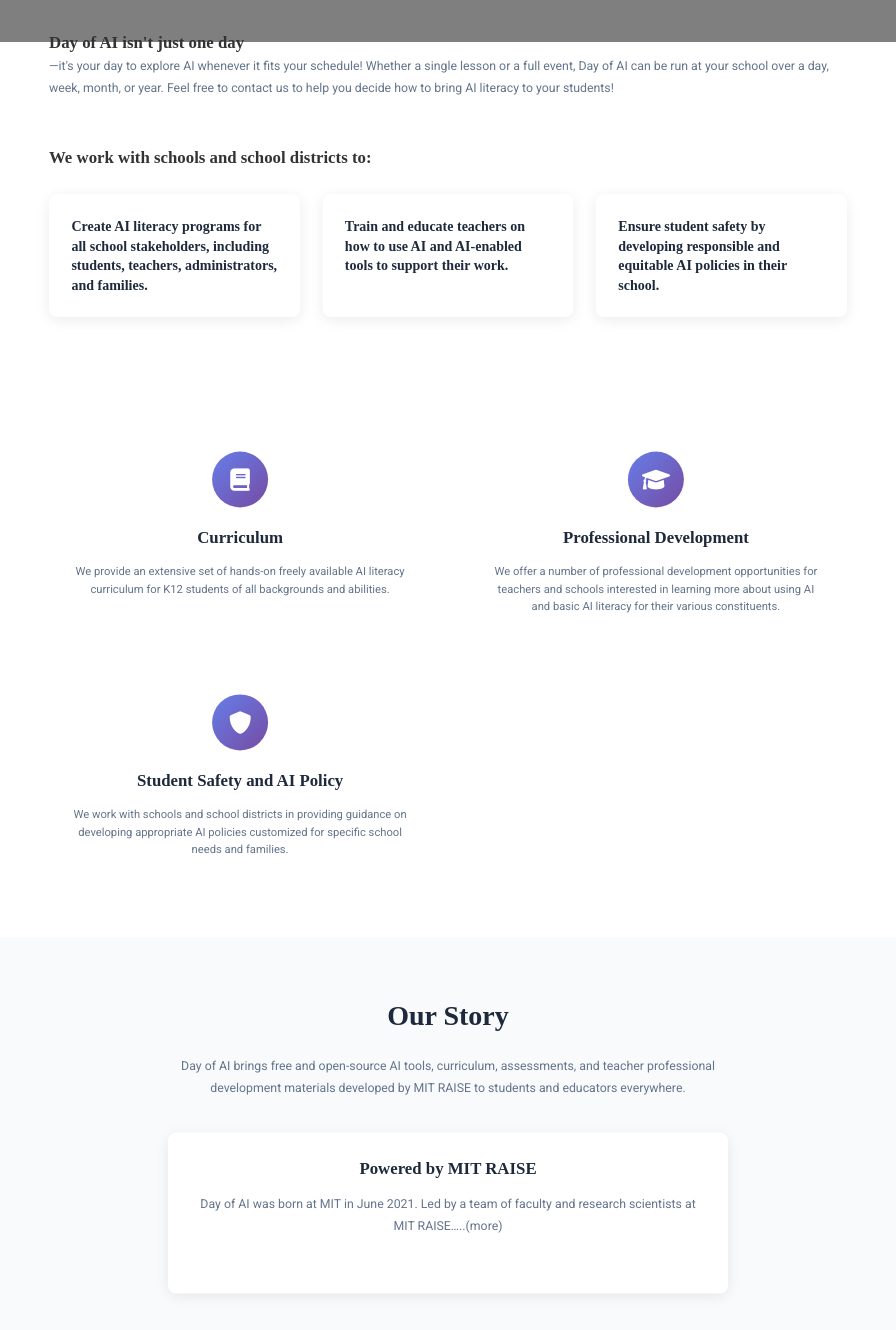
Repository: dinhtri123/dayofai
Page: index.html
The author's editor kept a copy of each file at every save. The page is drawn from the files as they stood at one save, then again after the next save.
The browser window is 1280 px wide. The pictures show the part of the page from y = 660 to 2560 px (the page is 3667 px tall before and 3712 px after), at 70% of full size.
A picture or video elsewhere on the page could not be fetched, so the positions and the page height are approximate. Some web fonts or font styles are not loaded; a fallback is used.

Above is the page before, as saved 2025-06-29 08:42:35.

### index.html
<!DOCTYPE html>
<html lang="en">

<head>
  <meta charset="UTF-8">
  <meta name="viewport" content="width=device-width, initial-scale=1.0">
  <title>Day of AI - AI is for everyone</title>
  <link rel="stylesheet" href="styles.css">
  <link rel="preconnect" href="https://fonts.googleapis.com">
  <link rel="preconnect" href="https://fonts.gstatic.com" crossorigin>
  <link href="https://fonts.googleapis.com/css2?family=Gugi&family=Roboto:ital,wght@0,100..900;1,100..900&display=swap"
    rel="stylesheet">
  <link rel="stylesheet" href="https://cdnjs.cloudflare.com/ajax/libs/font-awesome/6.0.0/css/all.min.css">
</head>

<body>
  <!-- Header -->
  <header class="header">
    <nav class="navbar container">
      <div class="nav-container">
        <div class="nav-logo">
          <img src="./images/logo.svg" alt="Day of AI Logo">
        </div>

        <div class="header-main">
          <div class="header-search">
            <i class="fa-solid fa-magnifying-glass"></i>
            <input type="search" name="search" id="search" placeholder="SEARCH">
          </div>
          <div class="header-menu">
            <ul class="nav-menu">
              <li class="nav-item dropdown">
                <a href="#" class="nav-link">Teachers <i class="fa-solid fa-caret-down"></i></a>
                <ul class="dropdown-menu">
                  <li><a href="#">Curriculum</a></li>
                  <li><a href="#">Seasonal and Monthly Activities</a></li>
                  <li><a href="#">Professional Development</a></li>
                  <li><a href="#">Family Resources</a></li>
                </ul>
              </li>
              <li class="nav-item dropdown">
                <a href="#" class="nav-link">School Administrators <i class="fa-solid fa-caret-down"></i></a>
                <ul class="dropdown-menu">
                  <li><a href="#">Professional Development</a></li>
                  <li><a href="#">Curriculum</a></li>
                  <li><a href="#">Student Safety & AI Policy</a></li>
                  <li><a href="#">Family Resources</a></li>
                </ul>
              </li>
              <li class="nav-item">
                <a href="#" class="nav-link">International</a>
              </li>
              <li class="nav-item">
                <a href="#" class="nav-link">Partners</a>
              </li>
              <li class="nav-item dropdown">
                <a href="#" class="nav-link">About Us <i class="fa-solid fa-caret-down"></i></a>
                <ul class="dropdown-menu">
                  <li><a href="#">Our Team</a></li>
                  <li><a href="#">Our Story</a></li>
                  <li><a href="#">FAQ</a></li>
                  <li><a href="#">News & Impact</a></li>
                </ul>
              </li>
              <li class="nav-item">
                <a href="#" class="nav-link">Contact Us</a>
              </li>
            </ul>
            <div class="nav-buttons">
              <button class="btn btn-primary">Register</button>
            </div>
          </div>
        </div>


        <div class="hamburger">
          <span class="icon-menu">
            <i class="fa-solid fa-bars"></i>
          </span>
          <span class="icon-close">
            <i class="fa-solid fa-xmark"></i>
          </span>
        </div>
      </div>
    </nav>
  </header>

  <main>
    <!-- Hero Section -->
    <section class="hero">
      <div class="hero-video">
        <video src="./images/hero-video-short2.mp4" autoplay muted loop></video>
      </div>
      <div class="container">
        <div class="hero-content">
          <h1 class="hero-title">AI is for everyone.</h1>
          <p class="hero-subtitle">Empower your school and your students to thrive in a world of AI!</p>
          <div class="hero-bottom">
            <h3>Day of AI + Common Sense Media Have Teamed Up for Families!</h3>
            <button class="btn btn-primary">Learn More</button>
          </div>
        </div>
      </div>
    </section>
    <section class="section-desc">
      <div class="container">
        <div class="content-grid">
          <div class="content-item">
            <h2>Day of AI isn't just one day</h2>
            <p>—it's your day to explore AI whenever it fits your schedule! Whether a single lesson or a full event, Day
              of AI can be run at your school over a day, week, month, or year. Feel free to contact us to help you
              decide
              how to bring AI literacy to your students!</p>
          </div>

          <div class="content-item">
            <h2>We work with schools and school districts to:</h2>
            <div class="services-grid">
              <div class="service-card">
                <h3>Create AI literacy programs for all school stakeholders, including students, teachers,
                  administrators,
                  and families.</h3>
              </div>
              <div class="service-card">
                <h3>Train and educate teachers on how to use AI and AI-enabled tools to support their work.</h3>
              </div>
              <div class="service-card">
                <h3>Ensure student safety by developing responsible and equitable AI policies in their school.</h3>
              </div>
            </div>
          </div>
        </div>
      </div>
    </section>

    <!-- Features Section -->
    <section class="features">
      <div class="container">
        <div class="features-grid">
          <div class="feature-card">
            <div class="feature-icon">
              <i class="fas fa-book"></i>
            </div>
            <h3>Curriculum</h3>
            <p>We provide an extensive set of hands-on freely available AI literacy curriculum for K12 students of all
              backgrounds and abilities.</p>
          </div>

          <div class="feature-card">
            <div class="feature-icon">
              <i class="fas fa-graduation-cap"></i>
            </div>
            <h3>Professional Development</h3>
            <p>We offer a number of professional development opportunities for teachers and schools interested in
              learning
              more about using AI and basic AI literacy for their various constituents.</p>
          </div>

          <div class="feature-card">
            <div class="feature-icon">
              <i class="fas fa-shield-alt"></i>
            </div>
            <h3>Student Safety and AI Policy</h3>
            <p>We work with schools and school districts in providing guidance on developing appropriate AI policies
              customized for specific school needs and families.</p>
          </div>
        </div>
      </div>
    </section>

    <!-- About Section -->
    <section class="about">
      <div class="container">
        <div class="about-content">
          <h2>Our Story</h2>
          <p>Day of AI brings free and open-source AI tools, curriculum, assessments, and teacher professional
            development
            materials developed by MIT RAISE to students and educators everywhere.</p>

          <div class="mit-section">
            <h3>Powered by MIT RAISE</h3>
            <p>Day of AI was born at MIT in June 2021. Led by a team of faculty and research scientists at MIT
              RAISE…..(more)</p>
          </div>

          <div class="partners-section">
            <h3>Our Collaborators and Partners</h3>
            <div class="partners-grid">
              <div class="partner-logo">Partner 1</div>
              <div class="partner-logo">Partner 2</div>
              <div class="partner-logo">Partner 3</div>
              <div class="partner-logo">Partner 4</div>
            </div>
          </div>
        </div>
      </div>
    </section>

    <!-- CTA Section -->
    <section class="cta">
      <div class="container">
        <div class="cta-content">
          <h2>Bring Day of AI to Your School or School District</h2>
          <div class="cta-buttons">
            <button class="btn btn-primary">Register</button>
            <button class="btn btn-secondary">Learn More</button>
          </div>
        </div>
      </div>
    </section>
  </main>

  <!-- Footer -->
  <footer class="footer">
    <div class="container">
      <div class="footer-content">
        <div class="footer-section">
          <p>&copy; 2025, Day of AI. All Rights Reserved.</p>
          <div class="footer-links">
            <a href="#">Privacy Policy</a>
            <a href="#">Accessibility</a>
            <a href="#">Terms of Use</a>
            <a href="#">Boston Web Design</a>
          </div>
        </div>

        <div class="footer-legal">
          <p>Unless stated otherwise, the DAY OF AI curriculum is licensed under a Creative Commons
            Attribution-NonCommercial-ShareAlike 4.0 International License (the "DAY OF AI Creative Commons license").
            The DAY OF AI Creative Commons license does not include a license to use the trademarks and service marks,
            DAY OF AI, DAY OF AI (and Design), the DAY OF AI logo, MASSACHUSETTS INSTITUTE OF TECHNOLOGY, MIT, the MIT
            logo, MIT RAISE, RAISE, or any other trademarks, service marks, or other intellectual property, owned by, or
            associated with, Massachusetts Institute of Technology, and such use is expressly excluded. DAY OF AI, DAY
            OF AI (and Design), and the DAY OF AI logo are trademarks and service marks of MASSACHUSETTS INSTITUTE OF
            TECHNOLOGY. All rights are reserved.</p>
        </div>

        <div class="footer-translate">
          <button class="translate-btn">Translate »</button>
        </div>
      </div>
    </div>
  </footer>

  <script src="script.js"></script>
</body>

</html>

### styles.css
:root {
  --font-family: "Roboto", sans-serif;
  --font-secondary: "Gugi", cursive;
  --color-primary: #4873b7;
  --color-secondary: #37b558;
  --color-third: #f26739;
}
* {
  margin: 0;
  padding: 0;
  box-sizing: border-box;
}

body {
  font-family: var(--font-family);
  line-height: 1.6;
  color: #333;
  overflow-x: hidden;
}

.container {
  max-width: 1170px;
  margin: 0 auto;
  padding: 0 15px;
}
h1,h2,h3,h4,h5,h6{
  font-family: var(--font-secondary);
}

/* Header Styles */
.header {
  background: #fff;
  box-shadow: 0 2px 10px rgba(0, 0, 0, 0.1);
  width: 100%;
}
.header-main {
  display: flex;
  flex-direction: column;
  flex: 1;
}
.header-search {
  display: flex;
  align-items: center;
  justify-content: end;
  border-bottom: 1px solid var(--color-primary);
  height: 35px;
}
.header-search input {
  border: none;
  outline: none;
  width: 100px;
  max-width: 300px;
  height: 100%;
  padding: 0 10px;
  transition: width 1s linear;
}
.header-search i {
  color: var(--color-secondary);
}

.navbar {
  padding: 10px 15px;
}

.nav-container {
  display: flex;
  justify-content: space-between;
  align-items: center;
}
.nav-logo {
  max-width: 160px;
  width: 100%;
  height: auto;
}

.nav-logo img {
  max-width: 90px;
  width: 100%;
  height: auto;
}

.header-menu {
  display: flex;
  align-items: center;
  justify-content: end;
  flex-wrap: wrap;
}
.nav-menu {
  display: flex;
  list-style: none;
  align-items: center;
}

.nav-item {
  position: relative;
}

.nav-link {
  text-decoration: none;
  color: #333;
  font-weight: 500;
  padding: 20px 16px;
  transition: color 0.3s ease;
  display: flex;
  align-items: center;
  gap: 5px;
}

.nav-link:hover {
  color: #2563eb;
}
.nav-link i {
  color: var(--color-primary);
}

.dropdown-menu {
  position: absolute;
  top: 100%;
  left: 0;
  background: #fff;
  box-shadow: 0 4px 20px rgba(0, 0, 0, 0.15);
  border-radius: 8px;
  min-width: 250px;
  width: max-content;
  opacity: 0;
  visibility: hidden;
  transform: translateY(-10px);
  transition: all 0.3s ease;
  list-style: none;
  overflow: hidden;
}

.dropdown:hover .dropdown-menu {
  opacity: 1;
  visibility: visible;
  transform: translateY(0);
}

.dropdown-menu li a {
  display: block;
  padding: 0.75rem 1.5rem;
  color: #333;
  text-decoration: none;
  transition: background-color 0.2s ease;
}

.dropdown-menu li a:hover {
  background-color: var(--color-primary);
  color: #fff;
}

.btn {
  display: flex;
  align-items: center;
  margin-left: 24px;
  font-family: var(--font-secondary);
  background-color: var(--color-secondary);
  color: #fff;
  padding: 0px 32px;
  border-radius: 30px;
  min-height: 45px;
  text-transform: uppercase;
  border: none;
  line-height: 1;
  font-size: 16px;
  transition: all 0.3s ease;
}
.btn-primary {
  background-color: var(--color-secondary);
}
.btn-primary:hover {
  background-color: var(--color-third);
}
.btn-secondary {
  background-color: var(--color-third);
  color: white;
}
.btn-secondary:hover {
  background-color: var(--color-secondary);
}
.bth-third {
  background: transparent;
  color: white;
  border: 1px solid white;
}
.bth-third:hover {
  background-color: var(--color-secondary);
}
.hamburger {
  display: none;
  flex-direction: column;
  cursor: pointer;
}
.hamburger i {
  font-size: 20px;
  color: black;
}

/* Hero Section */
.hero {
  color: #fff;

  text-align: center;
}
.hero-content {
  position: relative;
  z-index: 1;
  min-height: 500px;
  display: flex;
  flex-direction: column;
  align-items: center;
  justify-content: center;
}
.hero-video {
  position: absolute;
  top: 0;
  left: 0;
  width: 100%;
  height: 100%;
  z-index: -1;
  overflow: hidden;
}
.hero-video::before {
  content: "";
  position: absolute;
  top: 0;
  left: 0;
  width: 100%;
  height: 100%;
  background: rgba(0, 0, 0, 0.5);
}
.hero-video video {
  width: 100%;
}

.hero-title {
  font-size: 64px;
  font-family: var(--font-secondary);
  font-weight: 700;
  margin-bottom: 8px;
  line-height: 1.2;
}

.hero-subtitle {
  font-size: 30px;
  max-width: 500px;
  margin: 0 auto;
}

.hero-bottom {
  display: flex;
  align-items: center;
  justify-content: space-between;
  gap: 16px;
  position: absolute;
  bottom: -30px;
  left: 50%;
  transform: translateX(-50%);
  background: var(--color-third);
  min-height: 60px;
  border-radius: 30px;
  width: 100%;
}
.hero-bottom h3 {
  font-size: 24px;
  color: white;
  padding: 0px 20px;
  font-weight: 300;
}
.hero-bottom button {
  background: var(--color-primary);
  padding: 0px 48px;
  text-transform: uppercase;
  font-family: var(--font-secondary);
  min-height: inherit;
}

.section-desc {
  padding: 80px 0;
}

.content-grid {
  display: grid;
  gap: 4rem;
}

.content-item h2 {

}

.content-item p {
  font-size: 1.1rem;
  color: #64748b;
  line-height: 1.8;
}

.services-grid {
  display: grid;
  grid-template-columns: repeat(auto-fit, minmax(300px, 1fr));
  gap: 2rem;
  margin-top: 2rem;
}

.service-card {
  background: #fff;
  padding: 2rem;
  border-radius: 12px;
  box-shadow: 0 4px 20px rgba(0, 0, 0, 0.08);
  transition: transform 0.3s ease, box-shadow 0.3s ease;
}

.service-card:hover {
  transform: translateY(-5px);
  box-shadow: 0 8px 30px rgba(0, 0, 0, 0.12);
}

.service-card h3 {
  font-size: 1.25rem;
  font-weight: 600;
  color: #1e293b;
  line-height: 1.4;
}

/* Features Section */
.features {
  padding: 80px 0;
  background: #fff;
}

.features-grid {
  display: grid;
  grid-template-columns: repeat(auto-fit, minmax(350px, 1fr));
  gap: 3rem;
}

.feature-card {
  text-align: center;
  padding: 2rem;
  border-radius: 16px;
  transition: transform 0.3s ease;
}

.feature-card:hover {
  transform: translateY(-5px);
}

.feature-icon {
  width: 80px;
  height: 80px;
  background: linear-gradient(135deg, #667eea 0%, #764ba2 100%);
  border-radius: 50%;
  display: flex;
  align-items: center;
  justify-content: center;
  margin: 0 auto 1.5rem;
  color: #fff;
  font-size: 2rem;
}

.feature-card h3 {
  font-size: 1.5rem;
  font-weight: 600;
  margin-bottom: 1rem;
  color: #1e293b;
}

.feature-card p {
  color: #64748b;
  line-height: 1.6;
}

/* About Section */
.about {
  padding: 80px 0;
  background: #f8fafc;
}

.about-content {
  max-width: 800px;
  margin: 0 auto;
  text-align: center;
}

.about-content h2 {
  font-size: 2.5rem;
  font-weight: 600;
  margin-bottom: 1.5rem;
  color: #1e293b;
}

.about-content p {
  font-size: 1.1rem;
  color: #64748b;
  line-height: 1.8;
  margin-bottom: 3rem;
}

.mit-section {
  background: #fff;
  padding: 2rem;
  border-radius: 12px;
  margin: 2rem 0;
  box-shadow: 0 4px 20px rgba(0, 0, 0, 0.08);
}

.mit-section h3 {
  font-size: 1.5rem;
  font-weight: 600;
  margin-bottom: 1rem;
  color: #1e293b;
}

.partners-section {
  margin-top: 3rem;
}

.partners-section h3 {
  font-size: 1.5rem;
  font-weight: 600;
  margin-bottom: 2rem;
  color: #1e293b;
}

.partners-grid {
  display: grid;
  grid-template-columns: repeat(auto-fit, minmax(200px, 1fr));
  gap: 2rem;
}

.partner-logo {
  background: #fff;
  padding: 2rem;
  border-radius: 8px;
  text-align: center;
  box-shadow: 0 2px 10px rgba(0, 0, 0, 0.1);
  font-weight: 600;
  color: #64748b;
}

/* CTA Section */
.cta {
  padding: 80px 0;
  background: linear-gradient(135deg, #667eea 0%, #764ba2 100%);
  color: #fff;
  text-align: center;
}

.cta-content h2 {
  font-size: 2.5rem;
  font-weight: 600;
  margin-bottom: 2rem;
}

.cta-buttons {
  display: flex;
  gap: 1rem;
  justify-content: center;
  flex-wrap: wrap;
}

/* Footer */
.footer {
  background: #1e293b;
  color: #fff;
  padding: 60px 0 30px;
}

.footer-content {
  display: grid;
  gap: 2rem;
}

.footer-section {
  display: flex;
  justify-content: space-between;
  align-items: center;
  flex-wrap: wrap;
  gap: 1rem;
}

.footer-links {
  display: flex;
  gap: 2rem;
  flex-wrap: wrap;
}

.footer-links a {
  color: #cbd5e1;
  text-decoration: none;
  transition: color 0.3s ease;
}

.footer-links a:hover {
  color: #fff;
}

.footer-legal {
  border-top: 1px solid #334155;
  padding-top: 2rem;
}

.footer-legal p {
  font-size: 0.9rem;
  color: #94a3b8;
  line-height: 1.6;
}

.footer-translate {
  text-align: center;
  padding-top: 2rem;
}

.translate-btn {
  background: transparent;
  color: #cbd5e1;
  border: 1px solid #475569;
  padding: 0.5rem 1rem;
  border-radius: 6px;
  cursor: pointer;
  transition: all 0.3s ease;
}

.translate-btn:hover {
  background: #475569;
  color: #fff;
}

/* Responsive Design */
@media (max-width: 768px) {
  .header-main {
    position: absolute;
    top: 100%;
    left: 0px;
    flex-direction: column;
    background-color: #fff;
    width: 100%;
    text-align: center;
    transition: 0.3s;
    box-shadow: 0 10px 27px rgba(0, 0, 0, 0.05);
    z-index: 1000;
    display: none;
  }
  .header-main.active {
    display: flex;
  }
  .nav-menu.active {
    left: 0;
  }
  .header-search {
    padding: 0px 15px;
  }
  .navbar {
    padding: 10px 15px !important;
  }
  .nav-menu li {
    width: 100%;
  }
  .nav-logo img {
    max-width: 50px;
  }
  .nav-link {
    justify-content: space-between;
  }
  .header-search input {
    width: 100%;
    max-width: 100%;
  }
  .dropdown-menu {
    position: static;
    opacity: 1;
    visibility: visible;
    transform: none;
    box-shadow: none;
    width: 100%;
    display: none;
  }
  .dropdown-menu.active {
    display: block;
  }
  .dropdown-menu li a {
    text-align: left;
    padding: 10px 16px;
    border-bottom: 1px solid #e2e8f0;
  }
  .nav-menu > li {
    border-bottom: 1px solid #e2e8f0;
  }
  .hamburger {
    display: flex;
    width: 40px;
    height: 40px;
    align-items: center;
    justify-content: center;
  }
  .nav-menu {
    flex-direction: column;
    width: 100%;
  }
  .header-menu {
    justify-content: start;
  }
  .icon-close {
    display: none;
  }
  .hamburger.active .icon-menu {
    display: none;
  }

  .hamburger.active .icon-close {
    display: block;
  }

  .nav-buttons {
    display: none;
  }

  .hero-title {
    font-size: 2.5rem;
  }

  .hero-subtitle {
    font-size: 1.1rem;
  }

  .content-item h2,
  .about-content h2,
  .cta-content h2 {
    font-size: 2rem;
  }

  .services-grid,
  .features-grid {
    grid-template-columns: 1fr;
  }

  .footer-section {
    flex-direction: column;
    text-align: center;
  }

  .footer-links {
    justify-content: center;
  }

  .cta-buttons {
    flex-direction: column;
    align-items: center;
  }

  .cta-buttons .btn {
    width: 100%;
    max-width: 300px;
  }
}

@media (max-width: 480px) {
  .container {
    padding: 0 15px;
  }

  .hero {
    padding: 100px 0 60px;
  }

  .hero-title {
    font-size: 2rem;
  }

  .main-content,
  .features,
  .about,
  .cta {
    padding: 60px 0;
  }

  .service-card,
  .feature-card {
    padding: 1.5rem;
  }
}

/* Animations */
@keyframes fadeInUp {
  from {
    opacity: 0;
    transform: translateY(30px);
  }
  to {
    opacity: 1;
    transform: translateY(0);
  }
}

### script.js
// Header Search
const media = window.matchMedia("(min-width: 768px)");
if (media.matches) {
  const searchInput = document.querySelector(".header-search input");

  searchInput.addEventListener("click", () => {
    searchInput.style.width = "100%";
  });
  document.addEventListener("click", (e) => {
    if (!searchInput.contains(e.target)) {
      searchInput.style.width = "100px";
    }
  });
}
if (!media.matches) {
  const dropdownMenu = Array.from(document.querySelectorAll(".nav-item.dropdown"));
  dropdownMenu.map(item => {
    item.addEventListener("click", () => {
      item.querySelector(".dropdown-menu").classList.toggle("active");
    })
  })
}

// Mobile Navigation Toggle
const hamburger = document.querySelector(".hamburger");
const headerMain = document.querySelector(".header-main");

hamburger.addEventListener("click", () => {
  if(hamburger.classList.contains("active")){
    hamburger.classList.remove("active");
    headerMain.classList.remove("active");
  } else {
    hamburger.classList.add("active");
    headerMain.classList.add("active");
  }
});

After the next save:
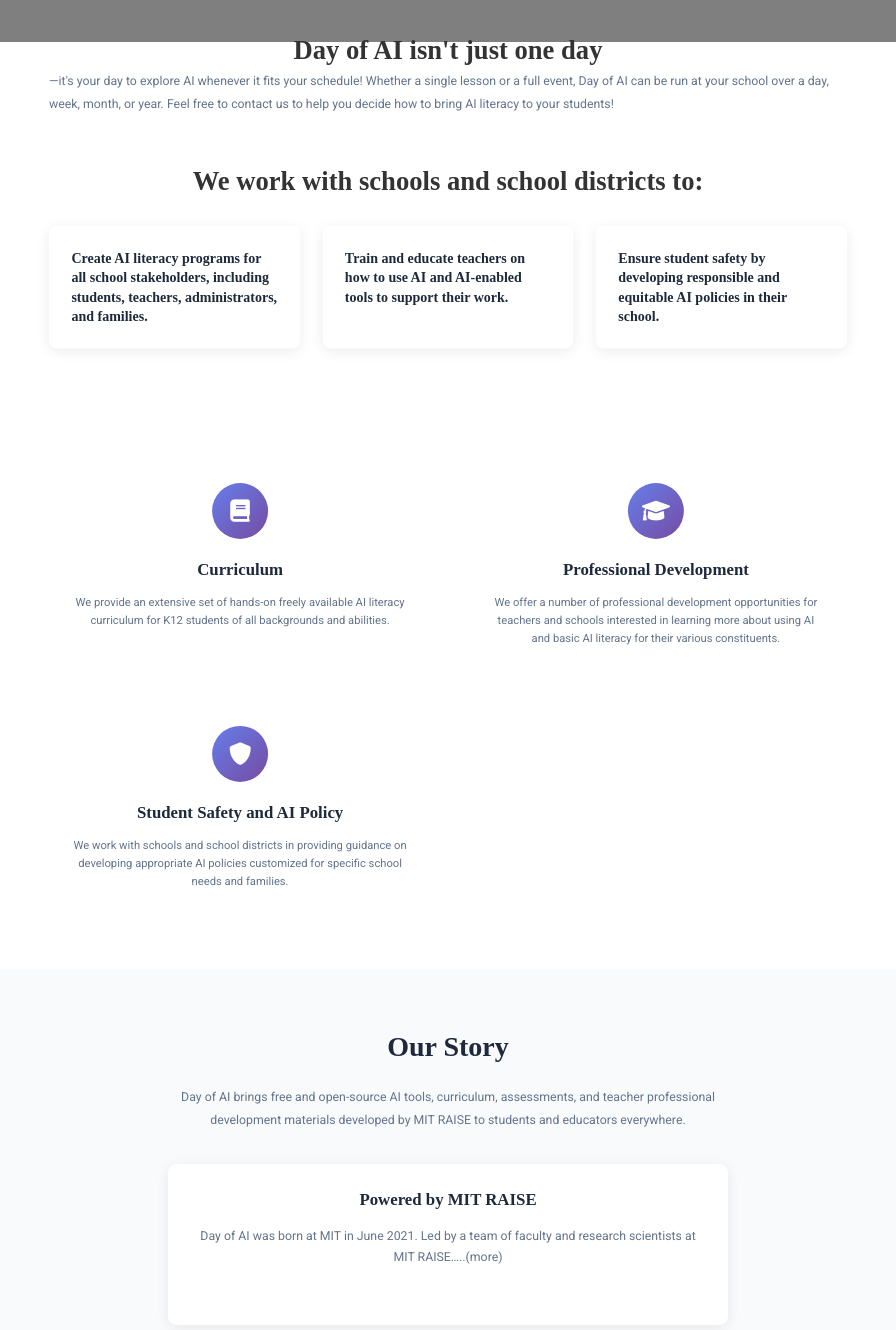
Saved 16 s later.
--- a/styles.css
+++ b/styles.css
@@ -285,7 +285,8 @@
 }
 
 .content-item h2 {
-
+  font-size: 38px;
+  text-align: center;
 }
 
 .content-item p {
